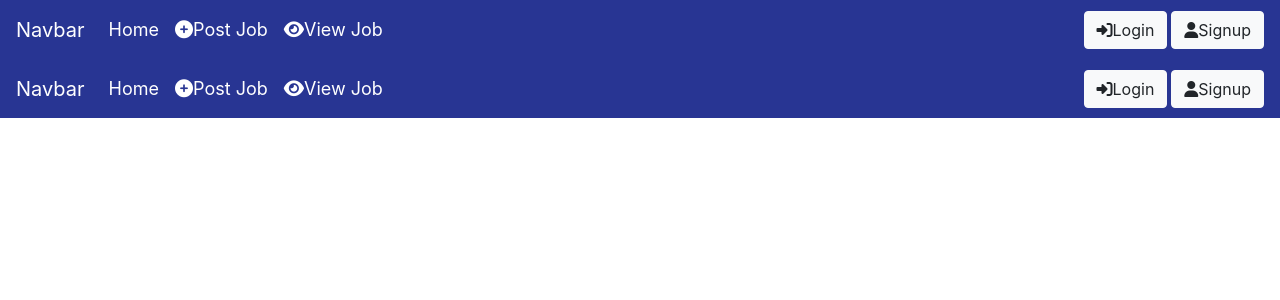
Repository: Pankaj08072001/Adv_Java
Page: http://localhost/06_Job_portal_Project/Signup.jsp
The author's editor kept a copy of each file at every save. The page is drawn from the files as they stood at one save, then again after the next save.
The browser window is 1280 px wide. The pictures show the whole page.
Some web libraries are served in a nearby version. The page is served by Tomcat 9. Other server files are loaded and not shown.

Above is the page before, as saved 2025-03-13 19:55:28.

### 06_Job_portal_Project/src/main/webapp/Signup.jsp
<%@ page language="java" contentType="text/html; charset=UTF-8"
    pageEncoding="UTF-8"%>
<!DOCTYPE html>
<html>
<head>
<meta charset="UTF-8">
<title>Sign Up page</title>
<%@include file="All_component/All_css.jsp"%>

</head>
<body>
<%@include file="All_component/Navbar.jsp" %>
	<%@include file="All_component/Navbar.jsp"%>

</body>
</html>

### 06_Job_portal_Project/src/main/webapp/All_component/All_css.jsp
<link rel="stylesheet"
	href="https://cdn.jsdelivr.net/npm/bootstrap@4.0.0/dist/css/bootstrap.min.css"
	integrity="sha384-Gn5384xqQ1aoWXA+058RXPxPg6fy4IWvTNh0E263XmFcJlSAwiGgFAW/dAiS6JXm"
	crossorigin="anonymous">


<script src="https://code.jquery.com/jquery-3.2.1.slim.min.js"
	integrity="sha384-KJ3o2DKtIkvYIK3UENzmM7KCkRr/rE9/Qpg6aAZGJwFDMVNA/GpGFF93hXpG5KkN"
	crossorigin="anonymous"></script>
<script
	src="https://cdn.jsdelivr.net/npm/popper.js@1.12.9/dist/umd/popper.min.js"
	integrity="sha384-ApNbgh9B+Y1QKtv3Rn7W3mgPxhU9K/ScQsAP7hUibX39j7fakFPskvXusvfa0b4Q"
	crossorigin="anonymous"></script>
<script
	src="https://cdn.jsdelivr.net/npm/bootstrap@4.0.0/dist/js/bootstrap.min.js"
	integrity="sha384-JZR6Spejh4U02d8jOt6vLEHfe/JQGiRRSQQxSfFWpi1MquVdAyjUar5+76PVCmYl"
	crossorigin="anonymous"></script>

<link rel="stylesheet"
	href="https://cdnjs.cloudflare.com/ajax/libs/font-awesome/6.7.2/css/all.min.css"
	integrity="sha512-Evv84Mr4kqVGRNSgIGL/F/aIDqQb7xQ2vcrdIwxfjThSH8CSR7PBEakCr51Ck+w+/U6swU2Im1vVX0SVk9ABhg=="
	crossorigin="anonymous" referrerpolicy="no-referrer" />

	<link rel="Stylesheet" href ="All_component/Style.css" >

### 06_Job_portal_Project/src/main/webapp/All_component/Navbar.jsp
<nav class="navbar navbar-expand-lg navbar-dark bg-custom">
	<a class="navbar-brand" href="#">Navbar</a>
	<button class="navbar-toggler" type="button" data-toggle="collapse"
		data-target="#navbarSupportedContent"
		aria-controls="navbarSupportedContent" aria-expanded="false"
		aria-label="Toggle navigation">
		<span class="navbar-toggler-icon"></span>
	</button>

	<div class="collapse navbar-collapse" id="navbarSupportedContent">
		<ul class="navbar-nav mr-auto">
			<li class="nav-item active"><a class="nav-link" href="#">Home
					<span class="sr-only">(current)</span>
			</a></li>
			<li class="nav-item"><a class="nav-link" href="#"><i class="fas fa-plus-circle"></i>Post Job</a></li>
			<li class="nav-item"><a class="nav-link" href="#"><i class="fas fa-eye"></i>View Job</a></li>

		</ul>
		<form class="form-inline my-2 my-lg-0">
			<a href="login.jsp" class="btn btn-light mr-1"> <i class="fas fa-sign-in-alt"></i>Login</a>
			<a href ="Signup.jsp" class="btn btn-light"><i class="fas fa-user"></i>Signup</a>
		</form>
	</div>
</nav>

### 06_Job_portal_Project/src/main/webapp/All_component/Style.css
.bg-custom{
	background : #283593 !important;

}
.navbar .nav-item .nav-link{
	font-size: 18px;
	color : white;
}
.navbar .nav-item:hover .nav-link{
	background : white ;
	color : black;
	border-radius: 10px;
}

After the next save:
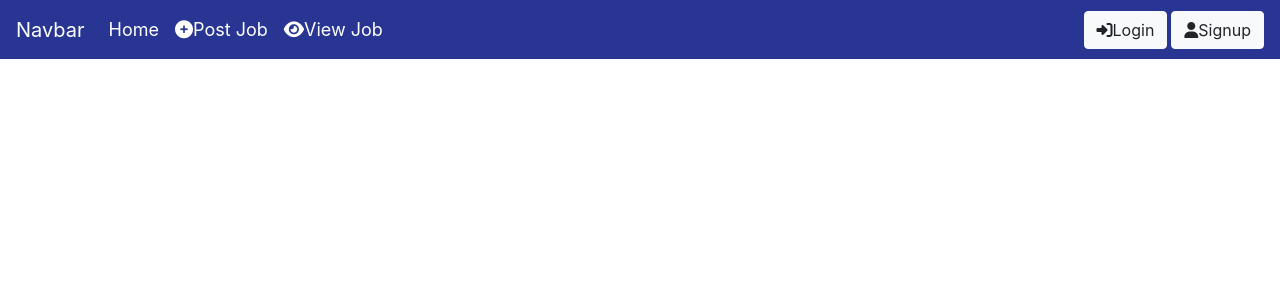
Saved 15 s later.
--- a/06_Job_portal_Project/src/main/webapp/Signup.jsp
+++ b/06_Job_portal_Project/src/main/webapp/Signup.jsp
@@ -10,7 +10,6 @@
 </head>
 <body>
 <%@include file="All_component/Navbar.jsp" %>
-	<%@include file="All_component/Navbar.jsp"%>
 
 </body>
 </html>
